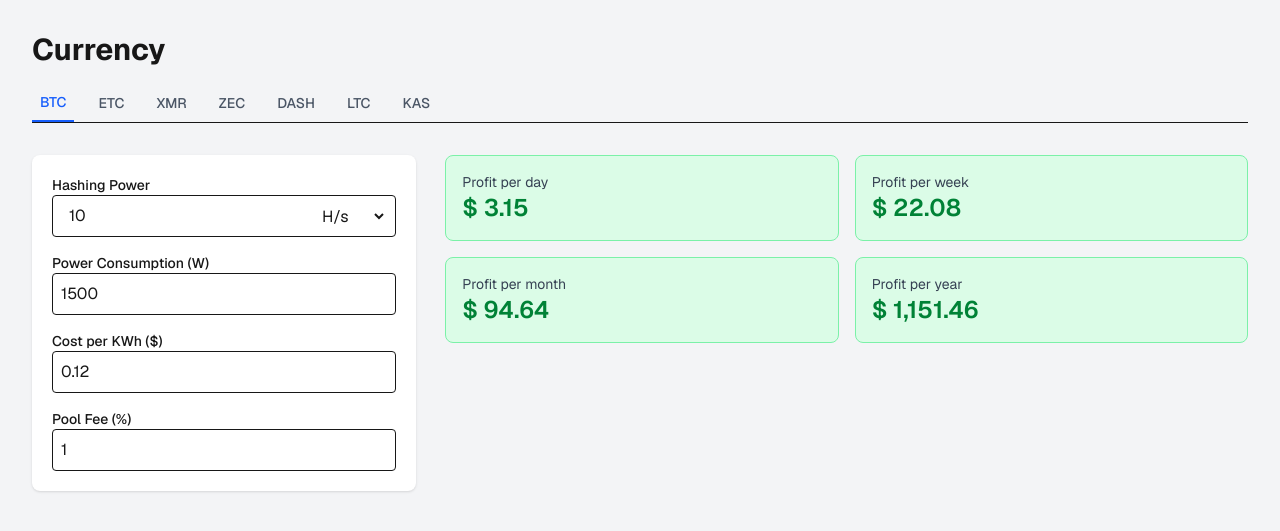
Repository: Bilal-Ahmad-CodeMaster/crypto-proj
Page: /
These files come from the project's save history. The page is drawn as it stood at one moment and after the next save; the edit follows.
The browser window is 1280 px wide. The pictures show the whole page.
The project was rebuilt for these pictures with package versions that can differ from the ones it lists, and the page was loaded fresh each time. The framework's server and built-in components were replaced by stand-ins that run in the browser. Also part of the build but not shown: next.config.ts.

Above is the page before, as saved 2025-11-25 21:09:16.

After the next save:
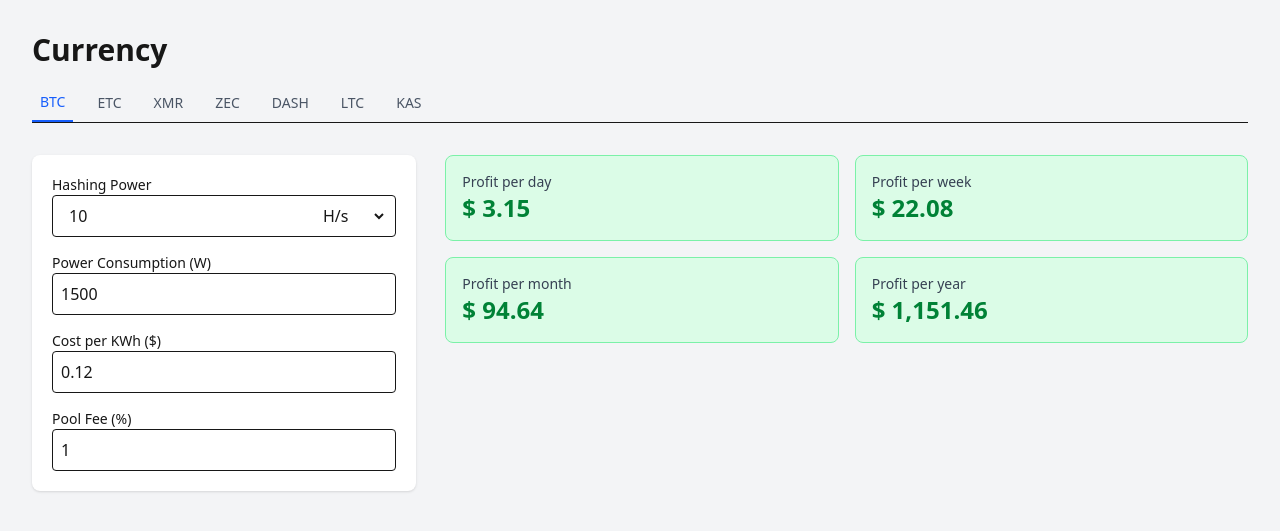
Saved 14 s later.
--- a/src/app/layout.tsx
+++ b/src/app/layout.tsx
@@ -1,34 +1,18 @@
-import type { Metadata } from "next";
-import { Geist, Geist_Mono } from "next/font/google";
-import "./globals.css";
+import './globals.css'
+import React from 'react'
 
-const geistSans = Geist({
-  variable: "--font-geist-sans",
-  subsets: ["latin"],
-});
 
-const geistMono = Geist_Mono({
-  variable: "--font-geist-mono",
-  subsets: ["latin"],
-});
+export const metadata = {
+  title: 'Mining Dashboard',
+}
 
-export const metadata: Metadata = {
-  title: "Crypto Project",
-  description: "Generated by Crypto Project",
-};
 
-export default function RootLayout({
-  children,
-}: Readonly<{
-  children: React.ReactNode;
-}>) {
+export default function RootLayout({ children }: { children: React.ReactNode }) {
   return (
     <html lang="en">
-      <body
-        className={`${geistSans.variable} ${geistMono.variable} antialiased`}
-      >
+      <body>
         {children}
       </body>
     </html>
-  );
+  )
 }
